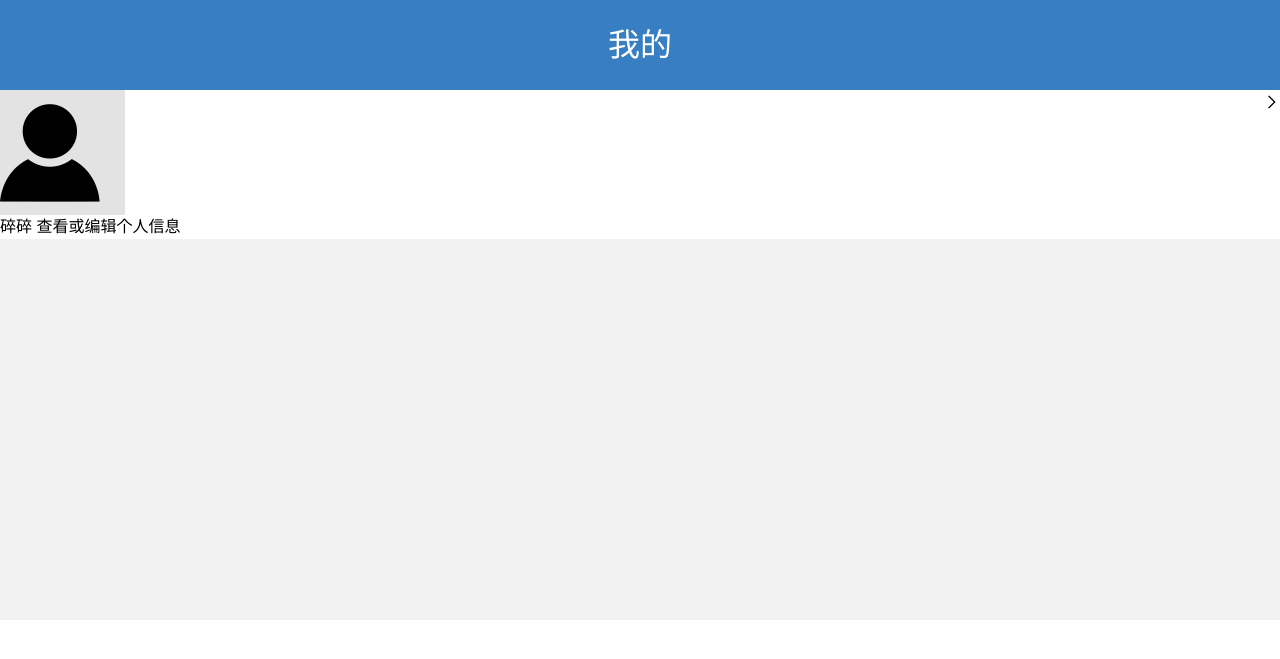
Repository: A1LExX/H5_study_set
Page: myProfile/index.html
An editor plug-in stored every save of this project. The page is shown before and after the next save, followed by the edit.
The browser window is 1280 px wide. The pictures show the whole page.

Above is the page before, as saved 2021-07-12 20:06:29.

After the next save:
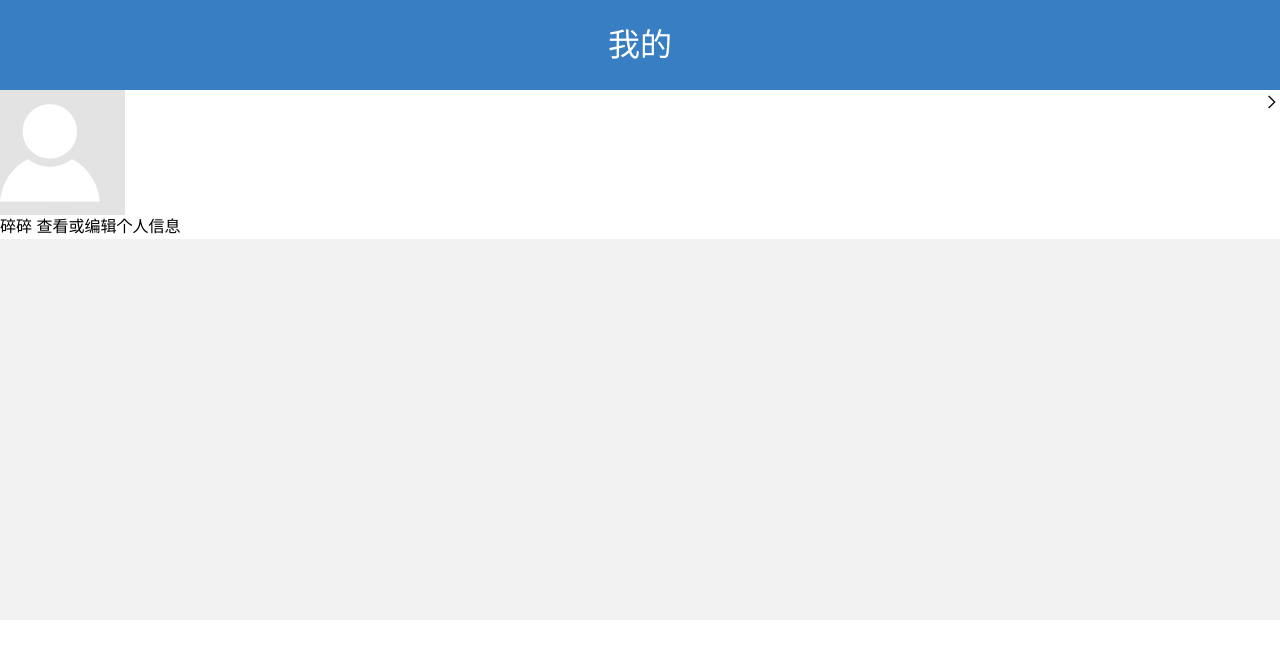
Saved 14 s later.
--- a/myProfile/css/index.css
+++ b/myProfile/css/index.css
@@ -2,7 +2,7 @@
  * @author [Alex Wei]
  * @email [w2262196@outlook.com]
  * @create date 2021-07-12 19:23:21
- * @modify date 2021-07-12 20:06:29
+ * @modify date 2021-07-12 20:06:43
  * @desc [description]
  */
 html, body{
@@ -49,6 +49,7 @@ body{
     font-size: 1rem;
     line-height: 1.25rem;
     text-align: center;
+    color: white;
 }
 
 #footer{
